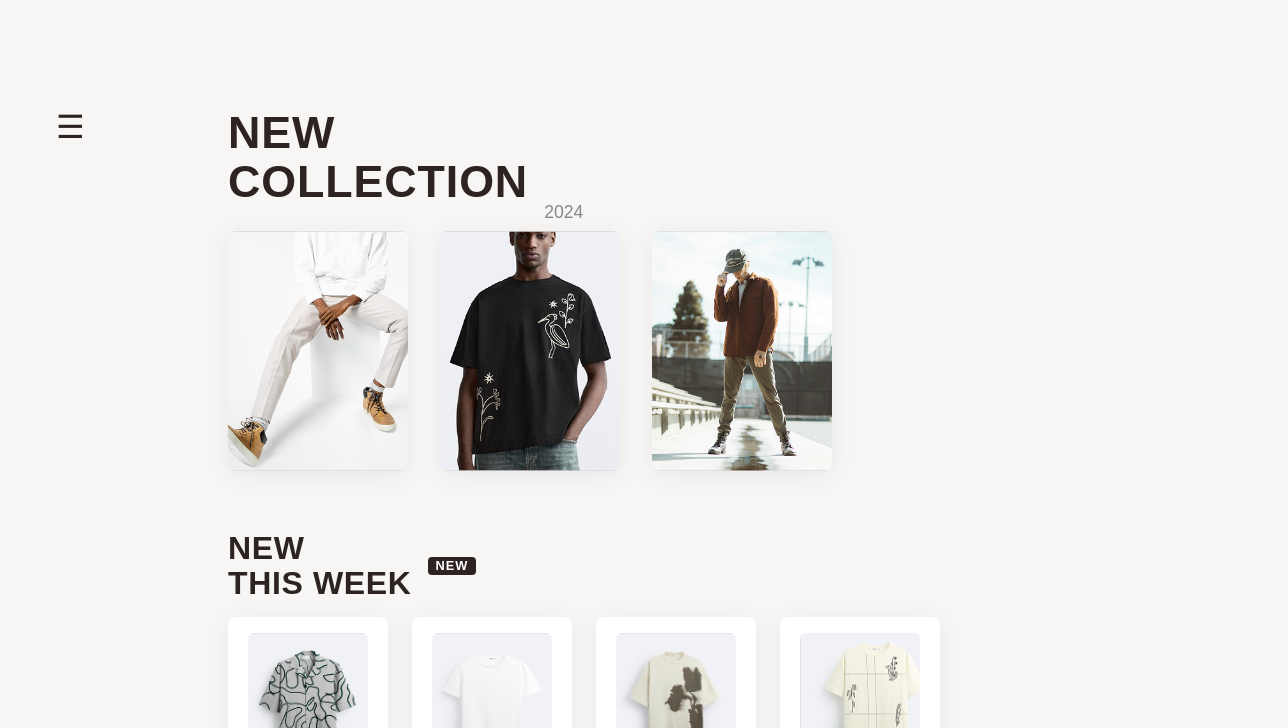
Repository: Diegoms0595/retail-dashboard-app
Page: index.html
The author's editor kept a copy of each file at every save. The page is drawn from the files as they stood at one save, then again after the next save.
The browser window is 1280 px wide. The page is 1288 px wide, so the pictures cover 1288 px, including what lies to the right of the window. The pictures show the whole page.
Pictures or frames that could not be fetched are drawn as grey boxes. An inner scrolling area shows only its first screen.

Above is the page before, as saved 2025-06-24 20:16:49.

### index.html
<!DOCTYPE html>
<html lang="en">
<head>
  <meta charset="UTF-8" />
  <meta name="viewport" content="width=device-width, initial-scale=1.0"/>
  <title>XIV Fashion Home</title>
  <link rel="stylesheet" href="style.css" />
</head>
<body>

  <div data-include="header.html"></div>

  <div class="main-wrapper">
    <aside class="sidebar" id="sidebar">
      <div class="sidebar-menu">
        <span class="menu-icon" id="menuToggle">&#9776;</span>
        <div class="sidebar-links" id="sidebarLinks">
          <span>Home</span>
          <span>Collections</span>
          <span>New</span>
        </div>
      </div>
    </aside>

    <main class="main-content">
      <section class="hero-section">
        <div class="section-header">
          <h1 class="hero-title">NEW<br>COLLECTION</h1>
          <span class="section-subtitle">2024</span>
        </div>
        <div class="hero-products">
          <img src="Assets/hero1.png" alt="Product 1" />
          <img src="Assets/hero2.png" alt="Product 2" />
          <img src="Assets/hero3.png" alt="Product 3" />
        </div>
      </section>

      <section class="week-section">
        <div class="section-header">
          <h2 class="section-title">NEW<br>THIS WEEK <span class="new-badge">NEW</span></h2>
        </div>
        <div class="week-products">
          <div class="week-product">
            <img src="Assets/week1.png" alt="Pattern Shirt" />
            <div class="product-name">Pattern Shirt</div>
            <div class="product-price">$199</div>
          </div>
          <div class="week-product">
            <img src="Assets/week2.png" alt="White Tee" />
            <div class="product-name">White Tee</div>
            <div class="product-price">$150</div>
          </div>
          <div class="week-product">
            <img src="Assets/week3.png" alt="Beige Tee" />
            <div class="product-name">Beige Tee</div>
            <div class="product-price">$170</div>
          </div>
          <div class="week-product">
            <img src="Assets/week4.png" alt="Print Tee" />
            <div class="product-name">Print Tee</div>
            <div class="product-price">$160</div>
          </div>
        </div>
      </section>

      <section class="collection-section">
        <div class="section-header">
          <h2 class="section-title">XIV<br>COLLECTIONS<br>23-24</h2>
        </div>
        <div class="collection-products">
          <div class="collection-product">
            <img src="Assets/col1.png" alt="Green Shirt" />
            <div class="product-name">Green Shirt</div>
            <div class="product-price">$199</div>
          </div>
          <div class="collection-product">
            <img src="Assets/col2.png" alt="White Pants" />
            <div class="product-name">White Pants</div>
            <div class="product-price">$170</div>
          </div>
          <div class="collection-product">
            <img src="Assets/col3.png" alt="Beige Tee" />
            <div class="product-name">Beige Tee</div>
            <div class="product-price">$150</div>
          </div>
        </div>
      </section>

      <section class="approach-section">
        <h3>OUR APPROACH TO FASHION DESIGN</h3>
        <p>Minimal, aesthetic, and sustainable. We believe in timeless design and responsible production for a better future.</p>
        <div class="approach-gallery">
          <img src="Assets/look1.png" alt="Lookbook 1" />
          <img src="Assets/look2.png" alt="Lookbook 2" />
          <img src="Assets/look3.png" alt="Lookbook 3" />
          <img src="Assets/look4.png" alt="Lookbook 4" />
        </div>
      </section>
    </main>
</body>
</html>

### style.css
* {
  box-sizing: border-box;
}

html, body {
  margin: 10;
  padding: 0;
  font-family: 'Montserrat', Arial, sans-serif;
  background: #f7f6f4;
  color: #2d2323;
  height: 100%;
  width: 100%;
  overflow-x: hidden;
}

body {
  min-height: 100vh;
  width: 100vw;
}

.site-header {
  width: 100vw;
  height: 80px;
  display: flex;
  align-items: center;
  justify-content: space-between;
  padding: 0 48px;
  background: none;
  box-sizing: border-box;
  position: fixed;
  top: 0;
  left: 0;
  z-index: 10;
}

.main-nav {
  display: flex;
  gap: 40px;
}

.main-nav a {
  text-decoration: none;
  color: #2d2323;
  font-size: 1.1rem;
  letter-spacing: 0.08em;
  padding: 8px 0;
  transition: color 0.2s;
}

.main-nav a.active,
.main-nav a:hover {
  color: #b48b8b;
}

.top-icons {
  display: flex;
  gap: 24px;
  align-items: center;
}

.icon-btn {
  width: 44px;
  height: 44px;
  display: flex;
  align-items: center;
  justify-content: center;
  border-radius: 50%;
  background: #fff;
  border: none;
  box-shadow: 0 2px 8px rgba(0,0,0,0.04);
  cursor: pointer;
  padding: 0;
  overflow: hidden;
}

.icon-btn img {
  width: 100%;
  height: 100%;
  object-fit: contain;
  display: block;
}

.main-wrapper {
  display: flex;
  flex-direction: row;
  margin-top: 100px;
  width: 100vw;
  box-sizing: border-box;
}

.sidebar {
  width: 220px;
  background: none;
  padding: 0 24px 0 48px;
  font-size: 1rem;
  display: flex;
  flex-direction: column;
  gap: 32px;
}

.menu-icon {
  font-size: 2rem;
  margin-bottom: 24px;
  cursor: pointer;
}


.sidebar-links {
  display: flex;
  flex-direction: column;
  gap: 8px;
  margin-bottom: 24px;
}

.sidebar-filters {
  display: flex;
  flex-direction: column;
  gap: 10px;
}

.filter-title {
  font-weight: bold;
  margin-bottom: 10px;
}

.filter-group {
  margin-bottom: 8px;
  font-size: 0.95rem;
}

.filter-count {
  color: #888;
  font-size: 0.9em;
}

.main-content {
  flex: 1;
  display: flex;
  flex-direction: column;
  align-items: stretch;
  margin-right: 48px;
}

.hero-section {
  margin-top: 0;
  margin-bottom: 48px;
  display: flex;
  flex-direction: column;
  align-items: flex-start;
}

.section-header {
  display: flex;
  align-items: flex-end;
  justify-content: space-between;
  margin-bottom: 8px;
}

.hero-title {
  font-size: 2.8rem;
  font-weight: 800;
  margin: 0 0 16px 0;
  line-height: 1.1;
  letter-spacing: 0.02em;
}

.section-subtitle {
  font-size: 1.1rem;
  color: #888;
  margin-left: 16px;
}

.hero-products {
  display: flex;
  gap: 32px;
  margin-bottom: 12px;
}

.hero-products img {
  width: 180px;
  height: 240px;
  object-fit: cover;
  border-radius: 8px;
  box-shadow: 0 4px 24px rgba(0,0,0,0.06);
  background: #fff;
}

.section-title {
  font-size: 2rem;
  font-weight: 800;
  margin: 0 0 8px 0;
  line-height: 1.1;
  letter-spacing: 0.02em;
  display: flex;
  align-items: center;
  gap: 8px;
}

.new-badge {
  background: #2d2323;
  color: #fff;
  font-size: 0.8rem;
  border-radius: 4px;
  padding: 2px 8px;
  margin-left: 8px;
  font-weight: 600;
  letter-spacing: 0.08em;
}

.week-section {
  margin-bottom: 48px;
}

.week-products {
  display: flex;
  gap: 24px;
}

.week-product {
  background: #fff;
  border-radius: 8px;
  box-shadow: 0 4px 24px rgba(0,0,0,0.06);
  padding: 16px 8px 8px 8px;
  display: flex;
  flex-direction: column;
  align-items: center;
  width: 160px;
}

.week-product img {
  width: 120px;
  height: 140px;
  object-fit: cover;
  border-radius: 6px;
  margin-bottom: 8px;
  background: #fff;
}

.product-name {
  font-size: 1.05rem;
  font-weight: 600;
  margin-bottom: 2px;
  text-align: center;
}

.product-price {
  font-size: 1rem;
  color: #2d2323;
  font-weight: 700;
  margin-top: 4px;
}

.collection-section {
  margin-bottom: 48px;
}

.collection-products {
  display: flex;
  gap: 24px;
}

.collection-product {
  background: #fff;
  border-radius: 8px;
  box-shadow: 0 4px 24px rgba(0,0,0,0.06);
  padding: 16px 8px 8px 8px;
  display: flex;
  flex-direction: column;
  align-items: center;
  width: 160px;
}

.collection-product img {
  width: 120px;
  height: 140px;
  object-fit: cover;
  border-radius: 6px;
  margin-bottom: 8px;
  background: #fff;
}

.approach-section {
  margin: 64px 0 0 0;
  text-align: center;
}

.approach-section h3 {
  font-size: 1.3rem;
  font-weight: 700;
  margin-bottom: 8px;
  letter-spacing: 0.08em;
}

.approach-section p {
  font-size: 1rem;
  color: #6a5c5c;
  margin-bottom: 32px;
}

.approach-gallery {
  display: flex;
  justify-content: center;
  gap: 32px;
  margin-bottom: 48px;
}

.approach-gallery img {
  width: 140px;
  height: 180px;
  object-fit: cover;
  border-radius: 8px;
  background: #fff;
}

.site-footer {
  width: 100vw;
  display: flex;
  flex-direction: column;
  align-items: center;
  justify-content: center;
  padding: 32px 0 16px 0;
  background: none;
  box-sizing: border-box;
  margin-top: 32px;
}

.footer-links {
  display: flex;
  gap: 32px;
  margin-bottom: 16px;
}

.footer-links a {
  color: #2d2323;
  text-decoration: none;
  font-size: 1rem;
  letter-spacing: 0.08em;
  transition: color 0.2s;
}

.footer-links a:hover {
  color: #b48b8b;
}

.footer-brand {
  display: flex;
  align-items: center;
  gap: 16px;
  font-size: 1.3rem;
  font-weight: 700;
  letter-spacing: 0.1em;
  margin-top: 8px;
}

.footer-arrow {
  font-size: 1.5rem;
}

.footer-xiv {
  font-size: 1.5rem;
  font-weight: 900;
}

.footer-qr {
  font-size: 1.1rem;
  font-weight: 700;
}

.sidebar-links {
  display: none;
  flex-direction: column;
  gap: 10px;
  margin-top: 10px;
}

.sidebar-links span {
  cursor: pointer;
  padding: 5px 10px;
  transition: background 0.3s;
}

.sidebar-links span:hover {
  background-color: #f0f0f0;
}

.sidebar-links.show {
  display: flex;
}

### header.html
<header class="site-header">
  <nav class="main-nav">
    <a href="#" class="active">Home</a>
    <a href="#">Collections</a>
    <a href="#">New</a>
  </nav>
  <div class="top-icons">
    <button class="icon-btn">
      <img src="Assets/shopping-cart.png" alt="Cart Icon">
    </button>
    <button class="icon-btn">
      <img src="Assets/magnifying-glass-1083378_1280.png" alt="Search Icon">
    </button>
  </div>
</header>

### footer.html
 <!-- Footer -->
  <footer class="site-footer">
    <div class="footer-links">
      <a href="#">About Us</a>
      <a href="#">Contact</a>
      <a href="#">Privacy Policy</a>
      <a href="#">Terms of Service</a>
    </div>
    <div class="footer-brand">
      <span class="footer-arrow">&#9654;</span>
      <span class="footer-xiv">XIV</span>
      <span class="footer-qr">QR</span>
    </div>
  </footer>

After the next save:
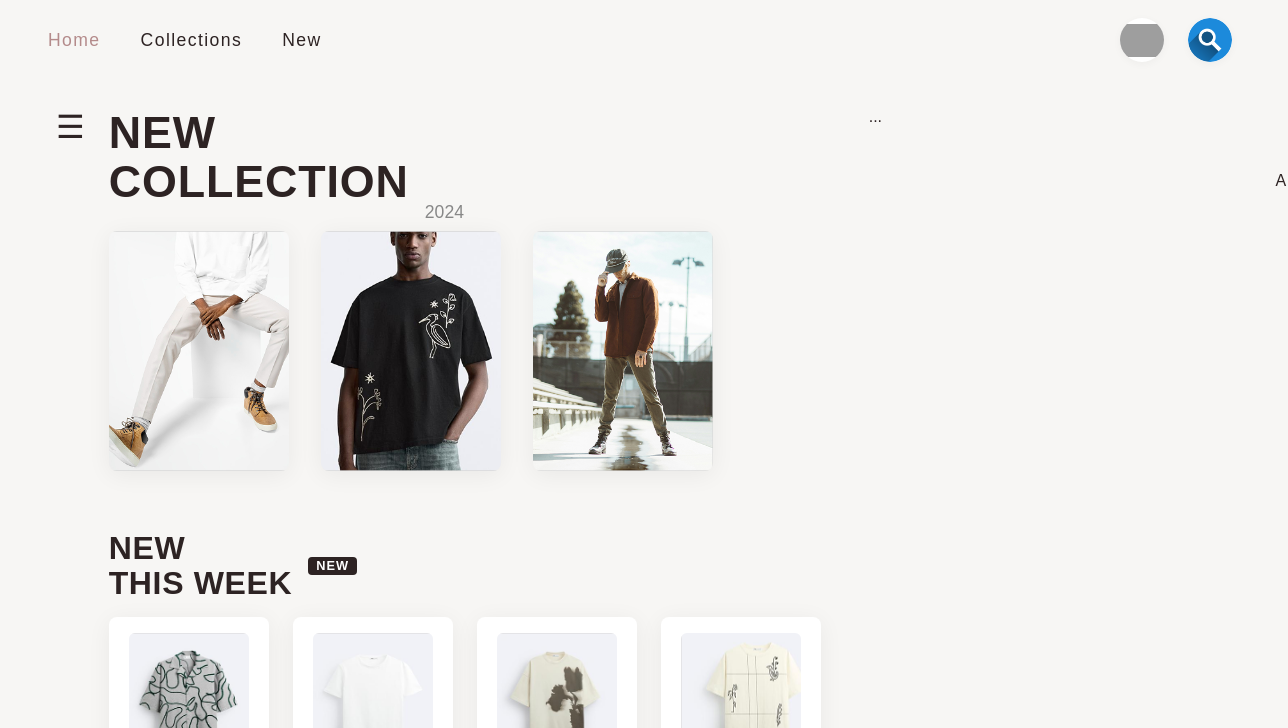
Saved 10 min 46 s later.
--- a/index.html
+++ b/index.html
@@ -97,5 +97,22 @@
         </div>
       </section>
     </main>
+    <div id="header"></div>
+<main>...</main>
+<div id="footer"></div>
+
+<script>
+  fetch('header.html')
+    .then(res => res.text())
+    .then(data => {
+      document.getElementById('header').innerHTML = data;
+    });
+
+  fetch('footer.html')
+    .then(res => res.text())
+    .then(data => {
+      document.getElementById('footer').innerHTML = data;
+    });
+</script>
 </body>
 </html>
